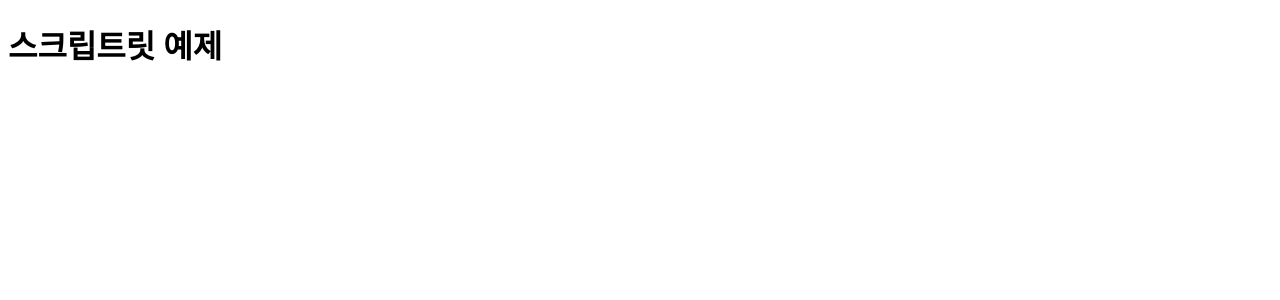
Repository: jsunnypi/JSP
Page: http://localhost/Test/Index.jsp
The author's editor kept a copy of each file at every save. The page is drawn from the files as they stood at one save, then again after the next save.
The browser window is 1280 px wide. The pictures show the whole page.
The page is served by Tomcat 9.

Above is the page before, as saved 2024-11-14 00:24:44.

After the next save:
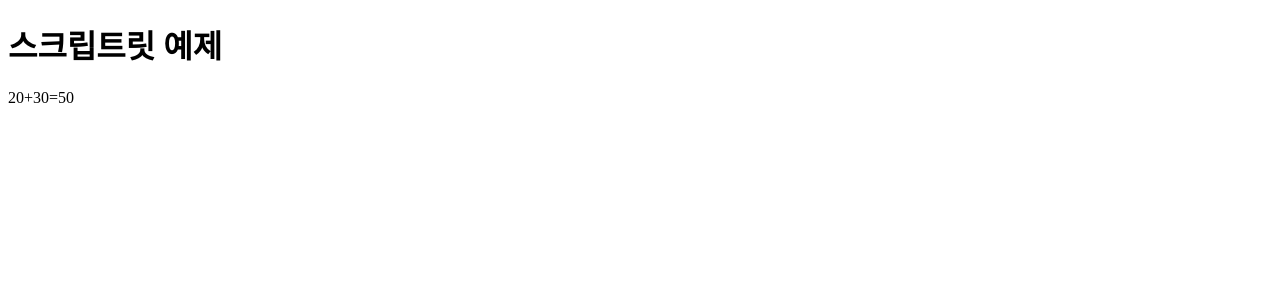
Saved 61 s later.
--- a/Test/src/main/webapp/Index.jsp
+++ b/Test/src/main/webapp/Index.jsp
@@ -10,6 +10,9 @@
 	<h1>스크립트릿 예제</h1>
 	<%
 		int num1 = 20;
+		int num2 = 30;
+		int add = num1 + num2;
+		out.print(num1 + "+" + num2 + "=" + add);
 
 	%>
 </body>
